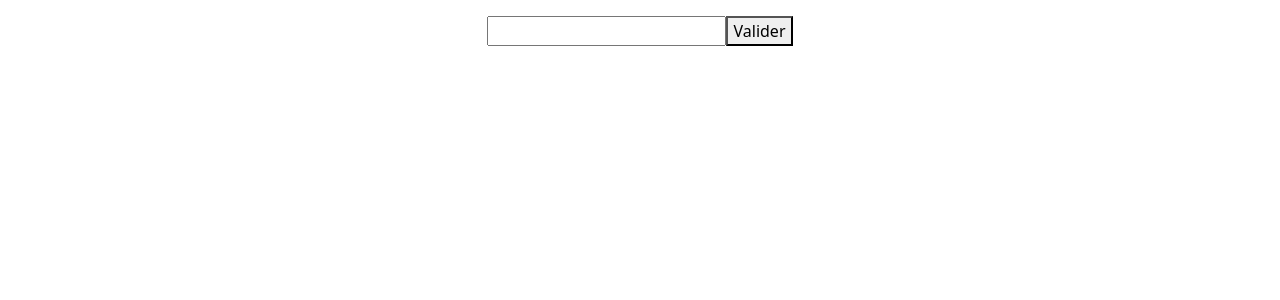
Repository: claudemarjean/React
Page: /
An editor plug-in stored every save of this project. The page is shown before and after the next save, followed by the edit.
The browser window is 1280 px wide. The pictures show the whole page.
The project was rebuilt for these pictures with package versions that can differ from the ones it lists, and the page was loaded fresh each time.

Above is the page before, as saved 2023-07-08 11:29:14.

### src/index.css
body {
  margin: 0;
  font-family: -apple-system, BlinkMacSystemFont, 'Segoe UI', 'Roboto', 'Oxygen',
    'Ubuntu', 'Cantarell', 'Fira Sans', 'Droid Sans', 'Helvetica Neue',
    sans-serif;
  -webkit-font-smoothing: antialiased;
  -moz-osx-font-smoothing: grayscale;
}

code {
  font-family: source-code-pro, Menlo, Monaco, Consolas, 'Courier New',
    monospace;
}

input:focus{
  background-color: yellow;
}

### src/App.js
import React from "react";
import Input from "./components/Input";
import "./App.css"
import Title from "./components/Title";

function App(){
  return(
    <div className="App">
      <Input/>
    </div>
  );
}

export default App;

### src/components/Input.js
import React,{useRef, useState} from "react";

function Input(){

    const [name, setName] = useState(null);
    const usernameRef = useRef(null);
    console.log(usernameRef);

    const handleSubmit = () =>{
        setName(usernameRef.current.value) ;
    }

    return(
        <div>
            <p>{name}</p>
            <input  ref={usernameRef} type="text"/>
            <button onClick={handleSubmit}>Valider</button>
        </div>
    )
}

export default Input;

### src/App.css
.App {
  text-align: center;
}

.App-logo {
  height: 40vmin;
  pointer-events: none;
}

@media (prefers-reduced-motion: no-preference) {
  .App-logo {
    animation: App-logo-spin infinite 20s linear;
  }
}

.App-header {
  background-color: #282c34;
  min-height: 100vh;
  display: flex;
  flex-direction: column;
  align-items: center;
  justify-content: center;
  font-size: calc(10px + 2vmin);
  color: white;
}

.App-link {
  color: #61dafb;
}

@keyframes App-logo-spin {
  from {
    transform: rotate(0deg);
  }
  to {
    transform: rotate(360deg);
  }
}

h1{
    color: #282c34;
    margin-bottom: 0;
    margin-top: 80px;
    font-size: 60px;
    line-height: 65px;
    font-weight: 700;
}

.active{
  border-bottom: 4px solid #61DAFB;
}

.navbar{
  padding-bottom: 0;
}

### src/components/Title.js
import React,{useRef} from "react";

function Title(){
    const h1Renders = useRef(0);
    console.log(h1Renders);

    return (
        <div>
            <p>{h1Renders.current}</p>
        </div>
    )
}

export default Title

Loaded but not shown: public/index.html (common file); src/index.js (common file); src/reportWebVitals.js (common file)

After the next save:
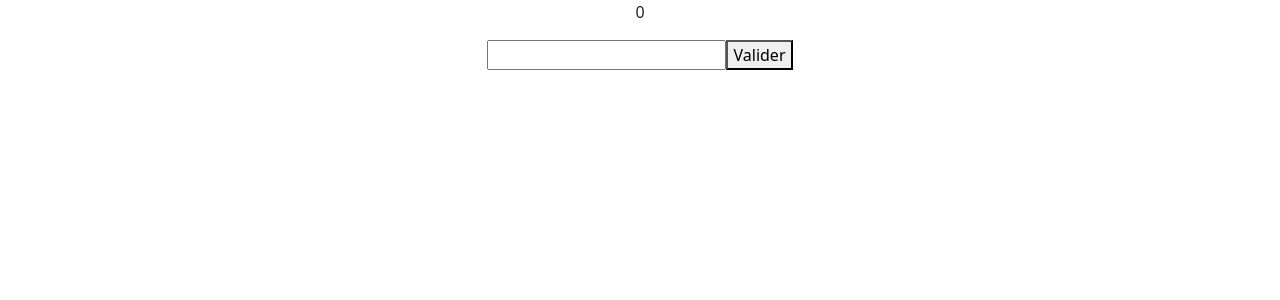
Saved 10 s later.
--- a/src/App.js
+++ b/src/App.js
@@ -6,6 +6,7 @@
 function App(){
   return(
     <div className="App">
+      <Title/>
       <Input/>
     </div>
   );

After the 4 saves that followed:
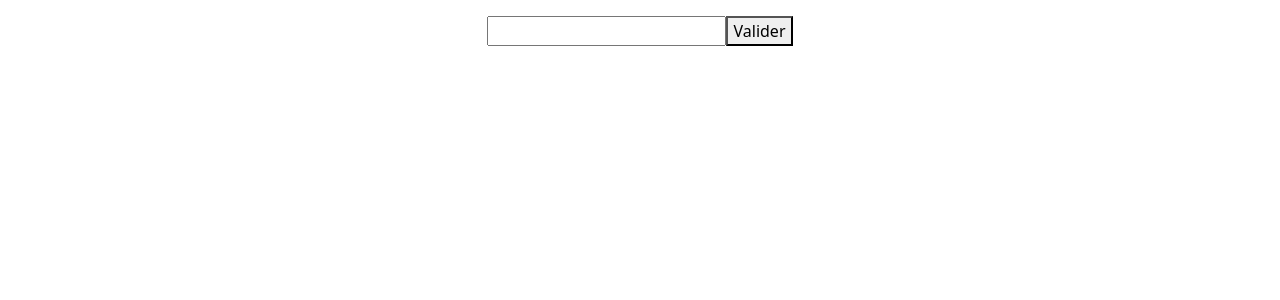
The 4 saves are shown as one change because 3 left the picture as it was.
The last was saved 6 min 9 s later.
--- a/src/App.js
+++ b/src/App.js
@@ -1,12 +1,10 @@
 import React from "react";
 import Input from "./components/Input";
 import "./App.css"
-import Title from "./components/Title";
 
 function App(){
   return(
     <div className="App">
-      <Title/>
       <Input/>
     </div>
   );
--- a/src/components/Title.js
+++ b/src/components/Title.js
@@ -1,8 +1,16 @@
 import React,{useRef} from "react";
 
 function Title(){
+
+    console.log('composants Titre chargé');
+
     const h1Renders = useRef(0);
     console.log(h1Renders);
+
+    setInterval(()=>{
+        h1Renders.current++;
+        console.log(h1Renders.current);
+    },10000)
 
     return (
         <div>
